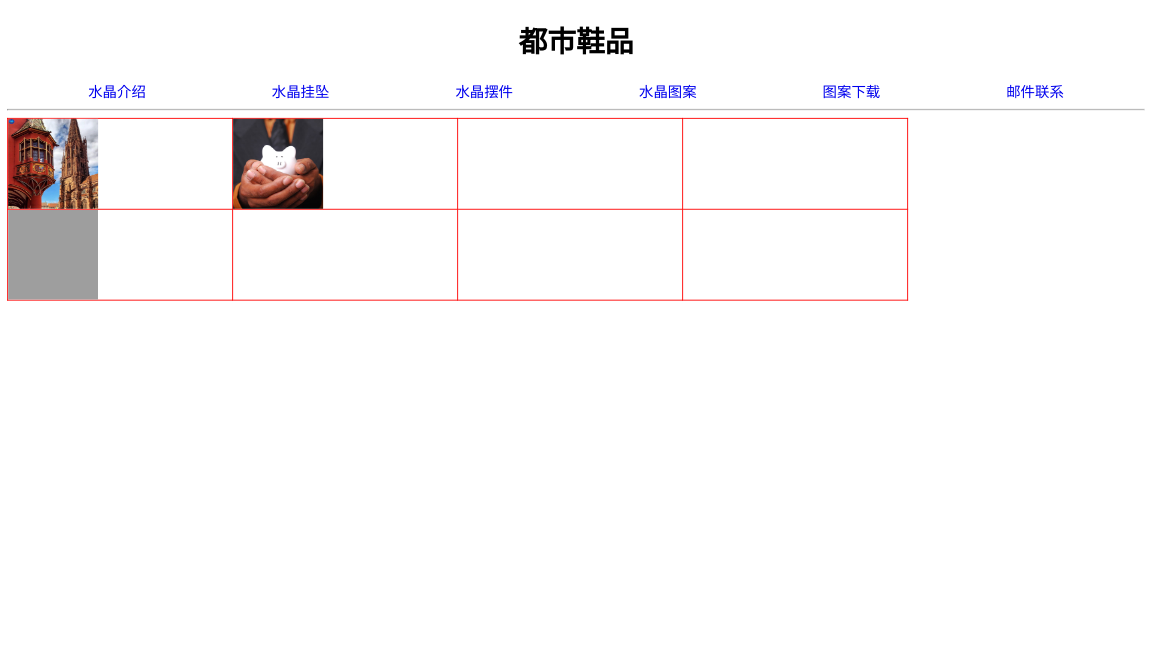
Repository: kirtonew/Compeititon2022-1
Page: node/新媒体设计/1.4/test2.html
An editor plug-in stored every save of this project. The page is shown before and after the next save, followed by the edit.
The browser window is 1280 px wide. The pictures show the whole page, at 90% of full size.
Pictures or frames that could not be fetched are drawn as grey boxes.

Above is the page before, as saved 2022-09-05 15:49:24.

After the next save:
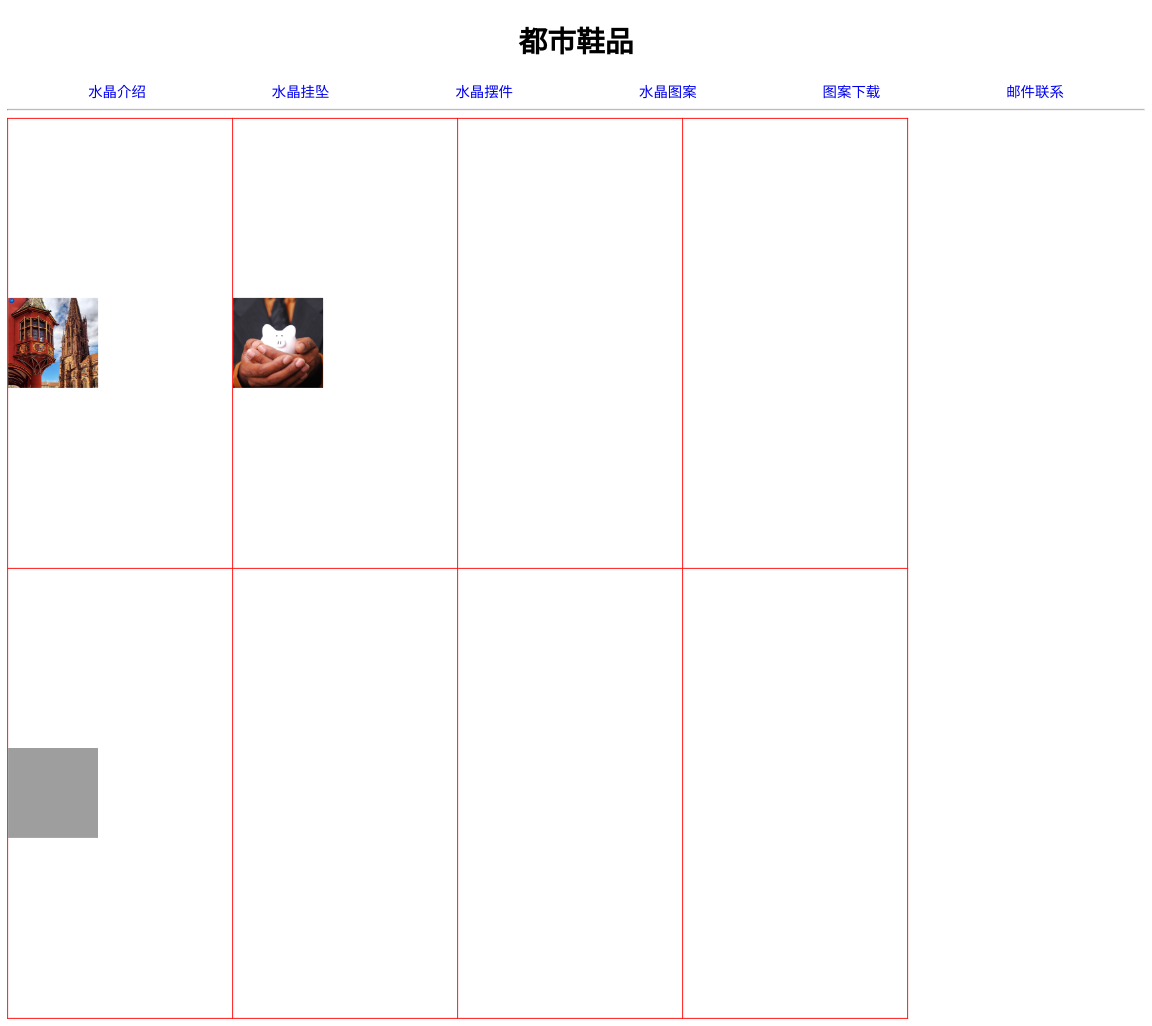
Saved 4 s later.
--- a/node/新媒体设计/1.4/1.css
+++ b/node/新媒体设计/1.4/1.css
@@ -15,7 +15,7 @@ a{
     display: table;
     border-collapse: collapse;
     width: 1000px;
-    height: 200px;
+    height: 1000px;
 }
 .tr{
     display: table-row;
